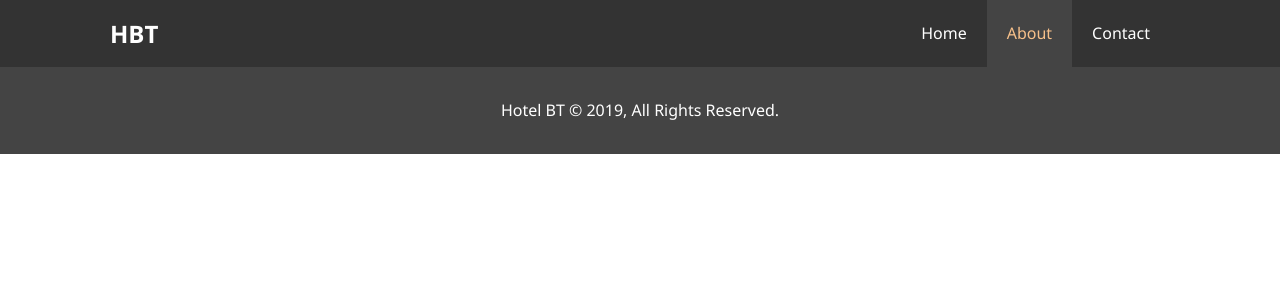
Repository: minhtien9/hotel-website
Page: about.html
The author's editor kept a copy of each file at every save. The page is drawn from the files as they stood at one save, then again after the next save.
The browser window is 1280 px wide. The pictures show the whole page.

Above is the page before, as saved 2021-08-14 18:07:51.

After the next save:
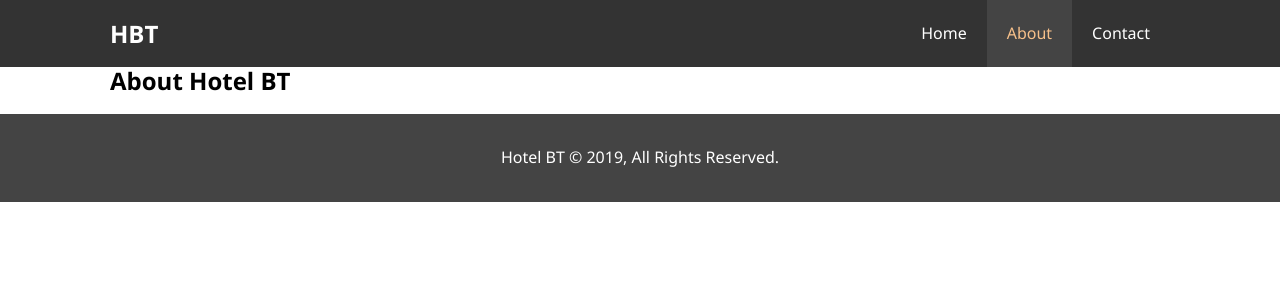
Saved 97 s later.
--- a/about.html
+++ b/about.html
@@ -26,7 +26,14 @@
             </div>
         </nav>
     </header>
-
+    <section id="about-info">
+        <div class="container">
+            <div class="info-left">
+                <h1>About Hotel BT</h1>
+            </div>
+            <div class="info-right"></div>
+        </div>
+    </section>
     <footer id="main-footer">
         <p>Hotel BT &copy; 2019, All Rights Reserved.</p>
     </footer>
